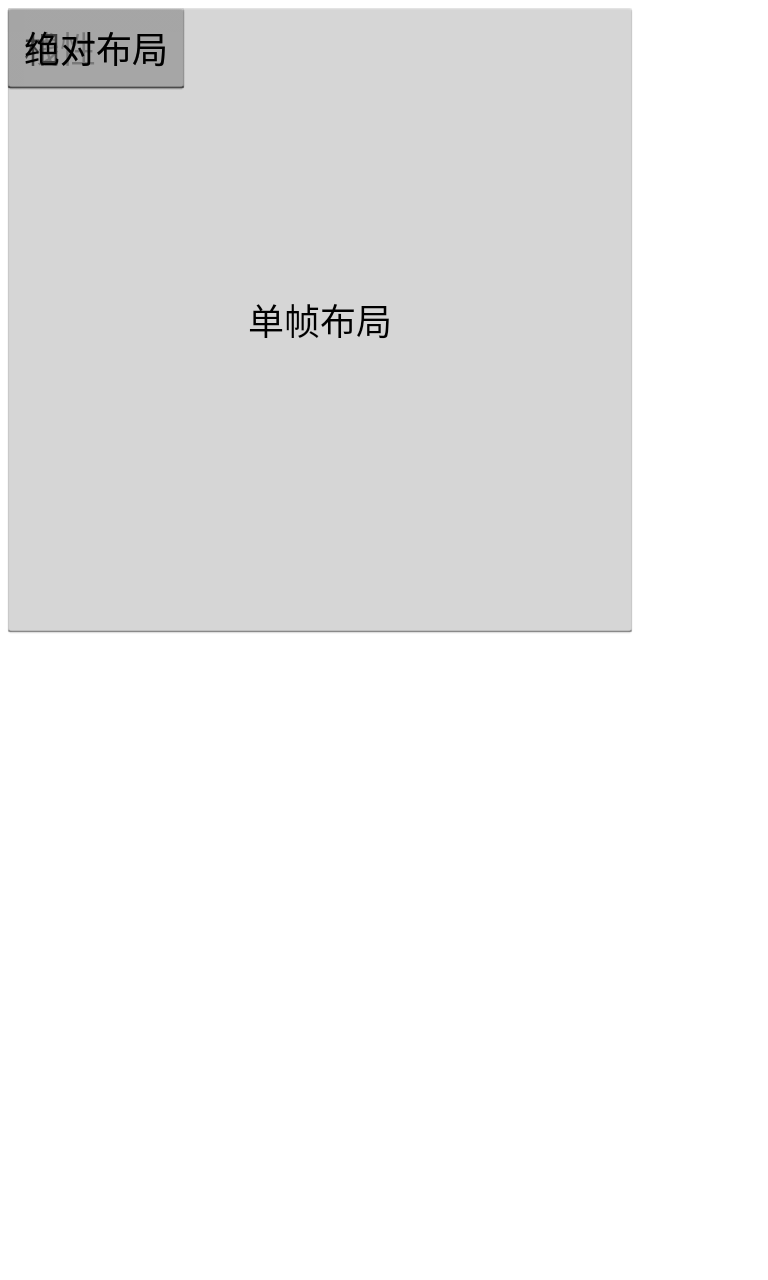
Repository: treizeor/android-examples
Layout: Ch003Layouts/res/layout/framelayout_main.xml
The author's editor kept a copy of each file at every save. The layout is drawn from the files as they stood at one save, then again after the next save.
It is drawn on a 768 x 1280 px phone screen (xhdpi) without system bars, with theme AppTheme; the app's code is not run.

Above is the layout before, as saved 2014-06-02 02:50:27.

After the next save:
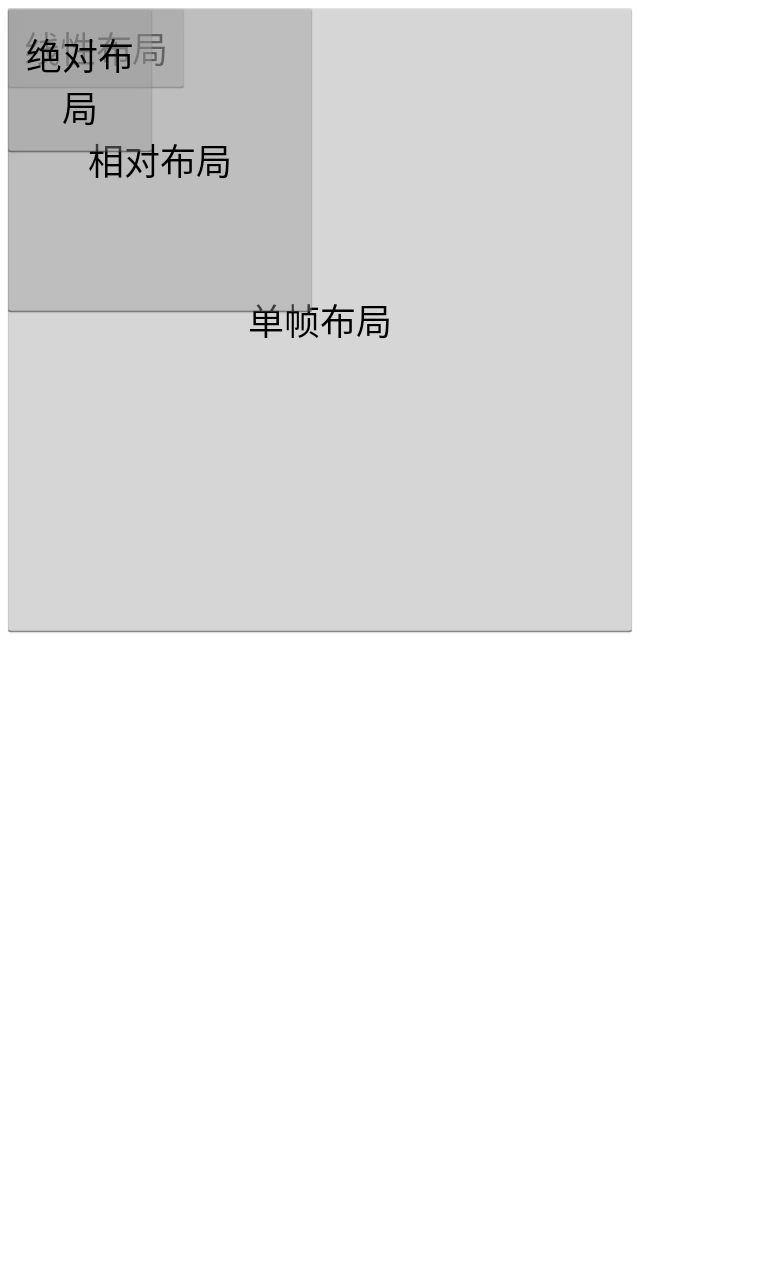
Saved 34 s later.
--- a/Ch003Layouts/res/layout/framelayout_main.xml
+++ b/Ch003Layouts/res/layout/framelayout_main.xml
@@ -18,14 +18,14 @@
 
     <Button
         android:id="@+id/relative"
-        android:layout_width="wrap_content"
-        android:layout_height="wrap_content"
+        android:layout_width="160dp"
+        android:layout_height="160dp"
         android:text="@string/relative" />
 
     <Button
         android:id="@+id/abs"
-        android:layout_width="wrap_content"
-        android:layout_height="wrap_content"
+        android:layout_width="80dp"
+        android:layout_height="80dp"
         android:text="@string/abs" />
 
 </FrameLayout>
